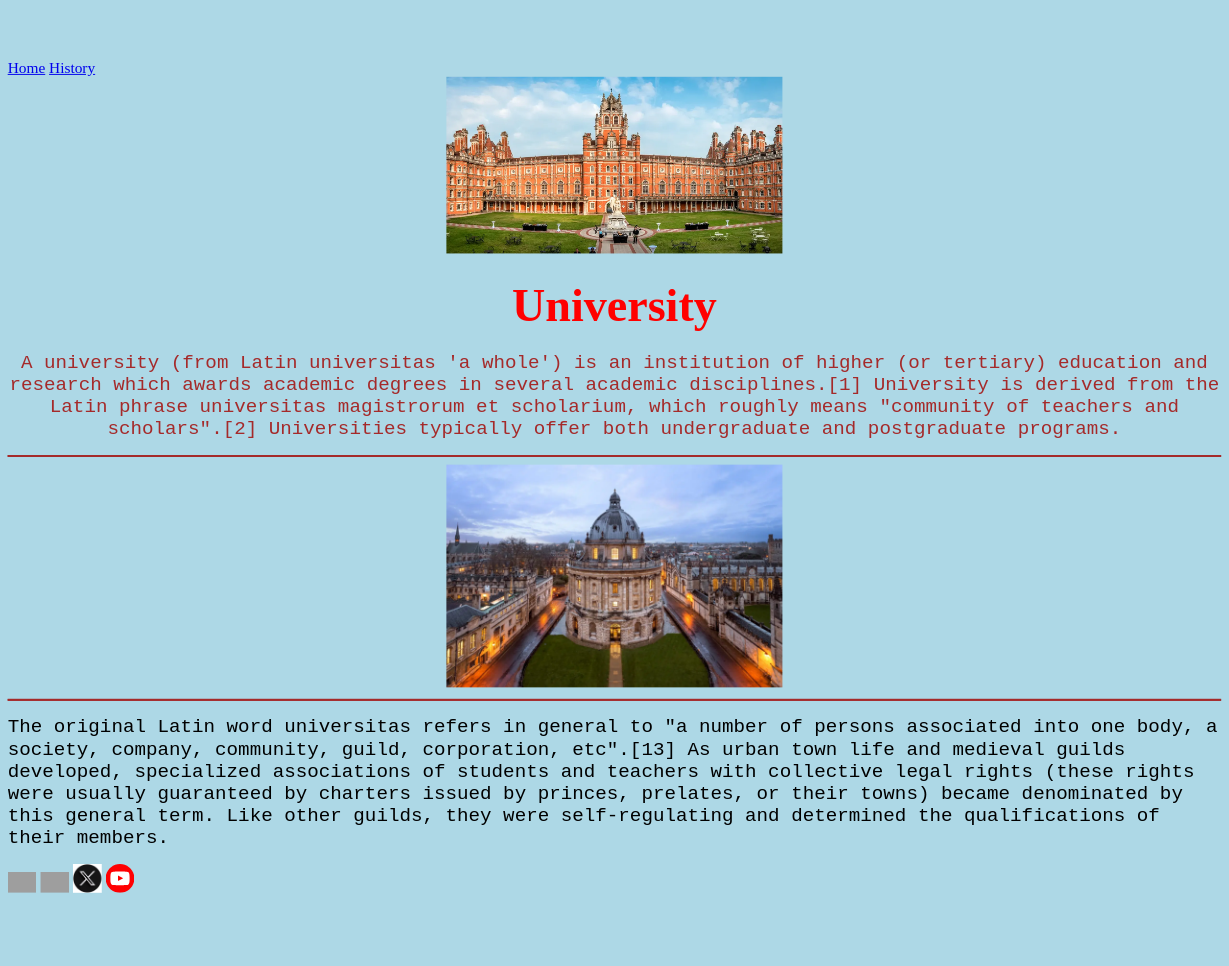
Repository: Haakim19/WebDevelopment
Page: Assignment/Index.html
These files come from the project's save history. The page is drawn as it stood at one moment and after the next save; the edit follows.
The browser window is 1280 px wide. The pictures show the whole page, at 96% of full size.
Pictures or frames that could not be fetched are drawn as grey boxes.

Above is the page before, as saved 2024-10-10 16:02:34.

After the next save:
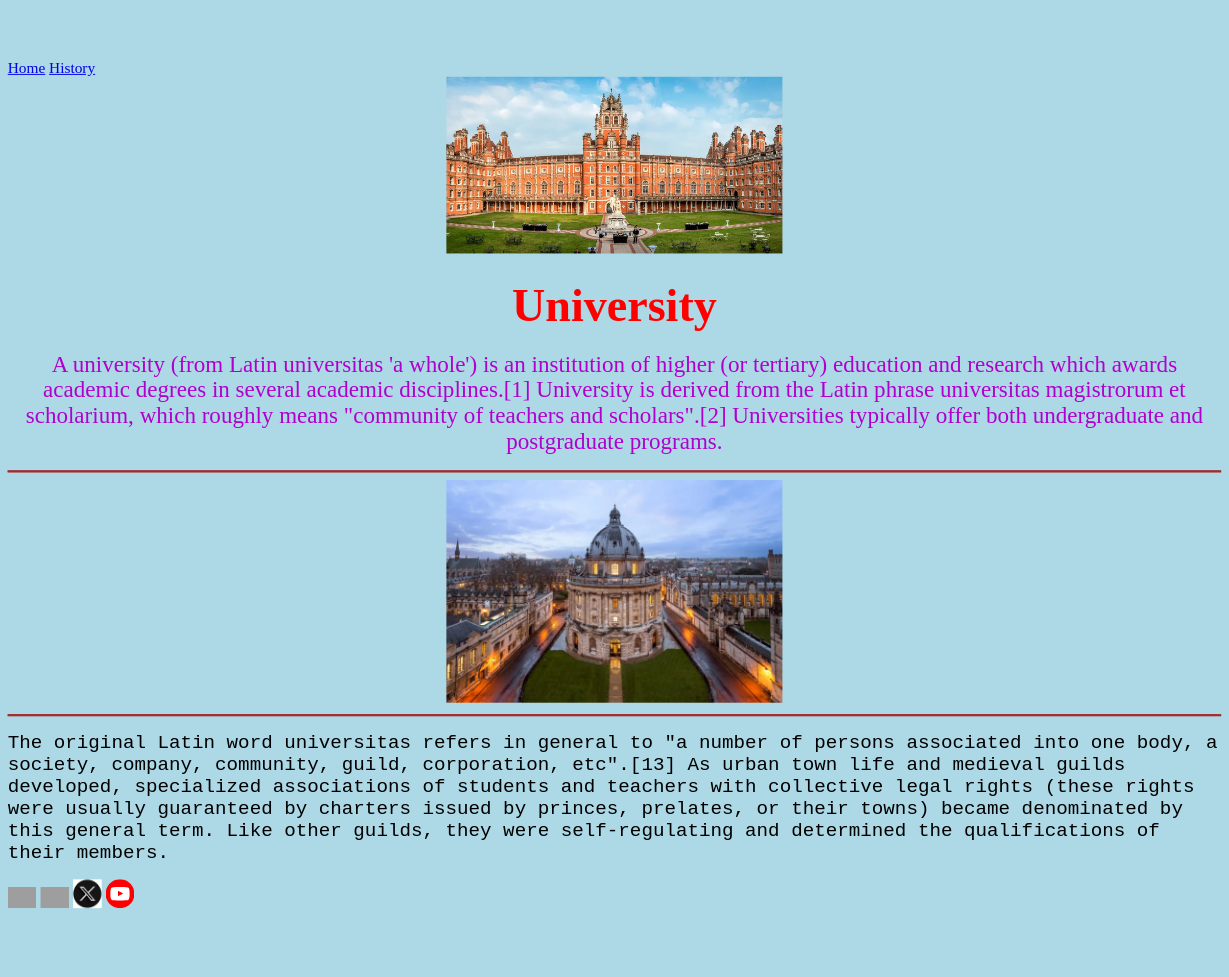
Saved 97 s later.
--- a/Assignment/Index.html
+++ b/Assignment/Index.html
@@ -12,7 +12,7 @@
     <center>
         <img src="campus.webp" width="350px">
         <h1><font color="red" face="algerian" size="10px">University</font></h1>
-        <p><font  color="brown" face="MonoSpace" size="5px" >A university (from Latin universitas 'a whole') is an institution of
+        <p><font  color="brown face="MonoSpace" size="5px" >A university (from Latin universitas 'a whole') is an institution of
             higher (or tertiary) education and research which awards academic
             degrees in several academic disciplines.[1] University is derived from
             the Latin phrase universitas magistrorum et scholarium, which
